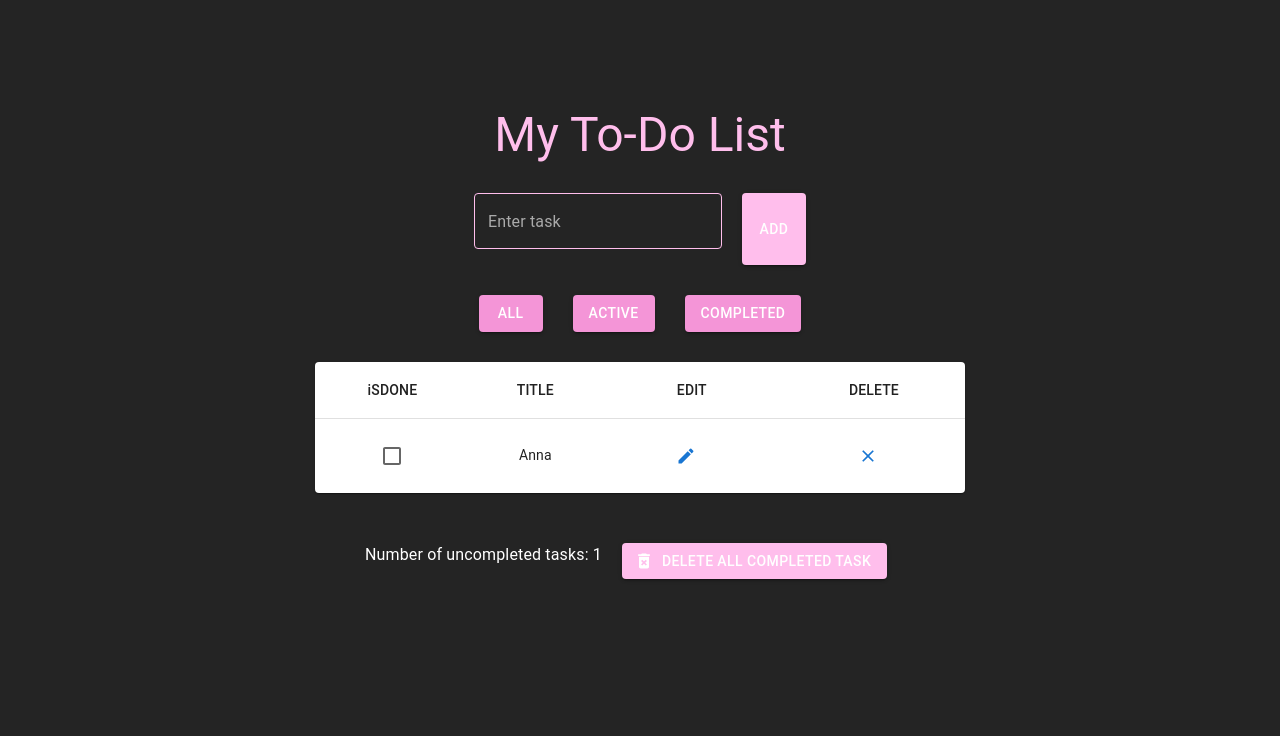
Repository: savannaaaas/ToDo_List
Page: /
These files come from the project's save history. The page is drawn as it stood at one moment and after the next save; the edit follows.
The browser window is 1280 px wide. The pictures show the whole page.
The project was rebuilt for these pictures with package versions that can differ from the ones it lists, and the page was loaded fresh each time. Also part of the build but not shown: vite.config.js.

Above is the page before, as saved 2025-08-11 19:20:53.

After the next save:
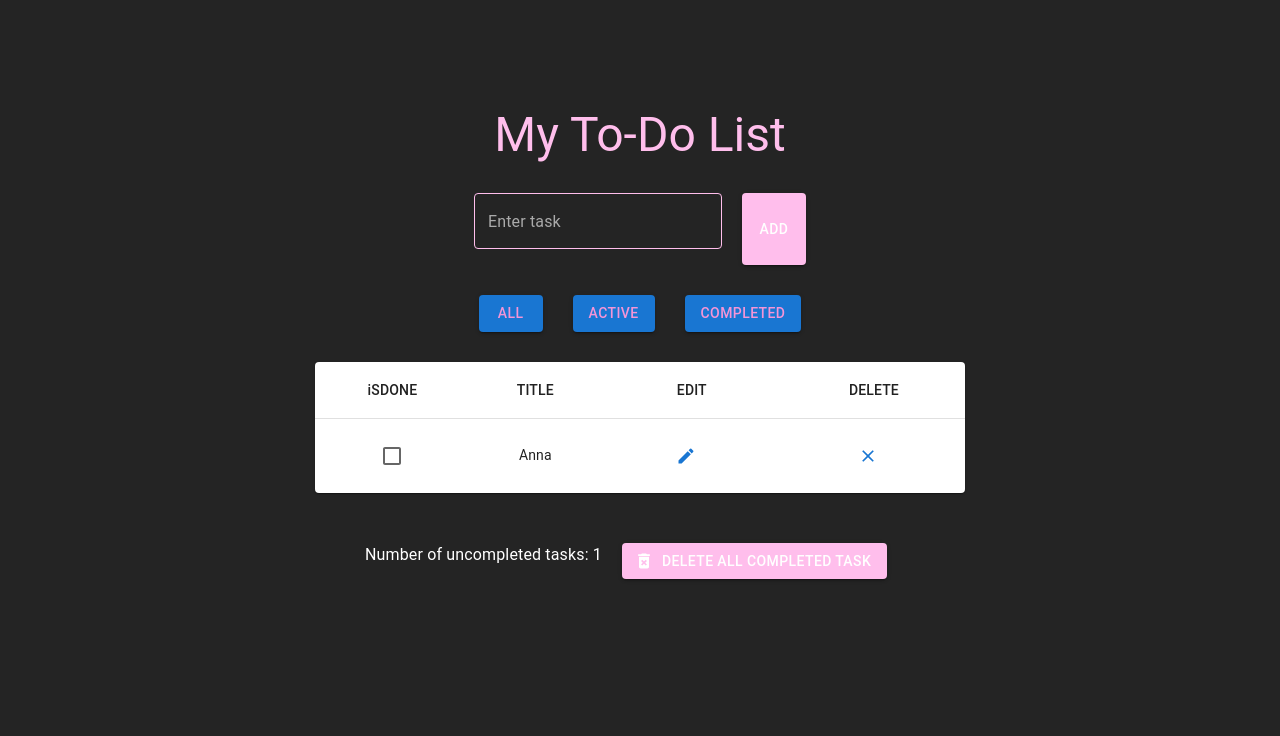
Saved 87 s later.
--- a/src/components/FiterTasks.jsx
+++ b/src/components/FiterTasks.jsx
@@ -10,21 +10,21 @@
     <div style={{ display: "flex", flexDirection: "row", gap: "30px" }}>
       <Button
         variant={filterTask === "all" ? "contained" : "outlined"}
-        sx={{ backgroundColor: "#f495d7ff" }}
+        sx={{ color: "#f495d7ff" }}
         onClick={() => setFilterTask("all")}
       >
         All
       </Button>
       <Button
         variant={filterTask === "all" ? "contained" : "outlined"}
-        sx={{ backgroundColor: "#f495d7ff" }}
+        sx={{ color: "#f495d7ff" }}
         onClick={() => setFilterTask("active")}
       >
         Active
       </Button>
       <Button
         variant={filterTask === "all" ? "contained" : "outlined"}
-        sx={{ backgroundColor: "#f495d7ff" }}
+        sx={{ color: "#f495d7ff" }}
         onClick={() => setFilterTask("completed")}
       >
         Completed

After the save that followed:
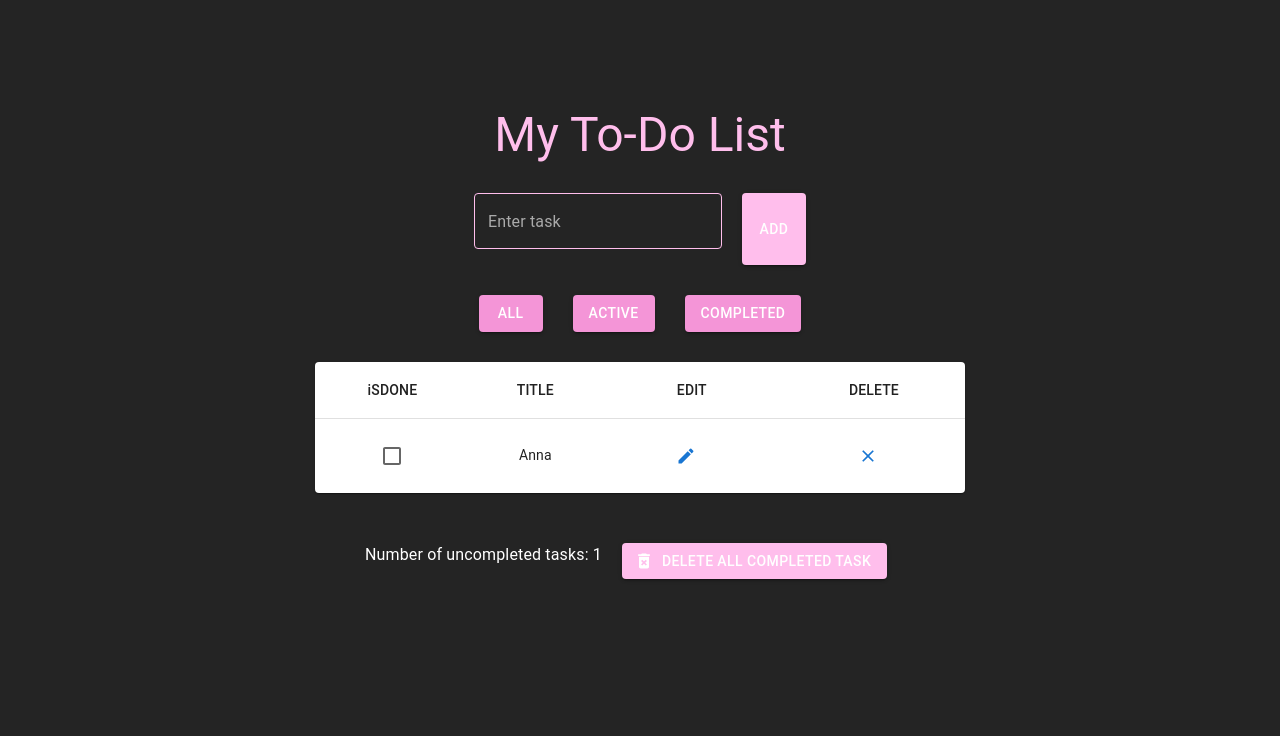
Saved 85 s later.
--- a/src/components/FiterTasks.jsx
+++ b/src/components/FiterTasks.jsx
@@ -10,21 +10,21 @@
     <div style={{ display: "flex", flexDirection: "row", gap: "30px" }}>
       <Button
         variant={filterTask === "all" ? "contained" : "outlined"}
-        sx={{ color: "#f495d7ff" }}
+        sx={{ backgroundColor: "#f495d7ff" }}
         onClick={() => setFilterTask("all")}
       >
         All
       </Button>
       <Button
         variant={filterTask === "all" ? "contained" : "outlined"}
-        sx={{ color: "#f495d7ff" }}
+        sx={{ backgroundColor: "#f495d7ff" }}
         onClick={() => setFilterTask("active")}
       >
         Active
       </Button>
       <Button
         variant={filterTask === "all" ? "contained" : "outlined"}
-        sx={{ color: "#f495d7ff" }}
+        sx={{ backgroundColor: filterTask === "all" ? "#f495d7ff" : "grey" }}
         onClick={() => setFilterTask("completed")}
       >
         Completed
